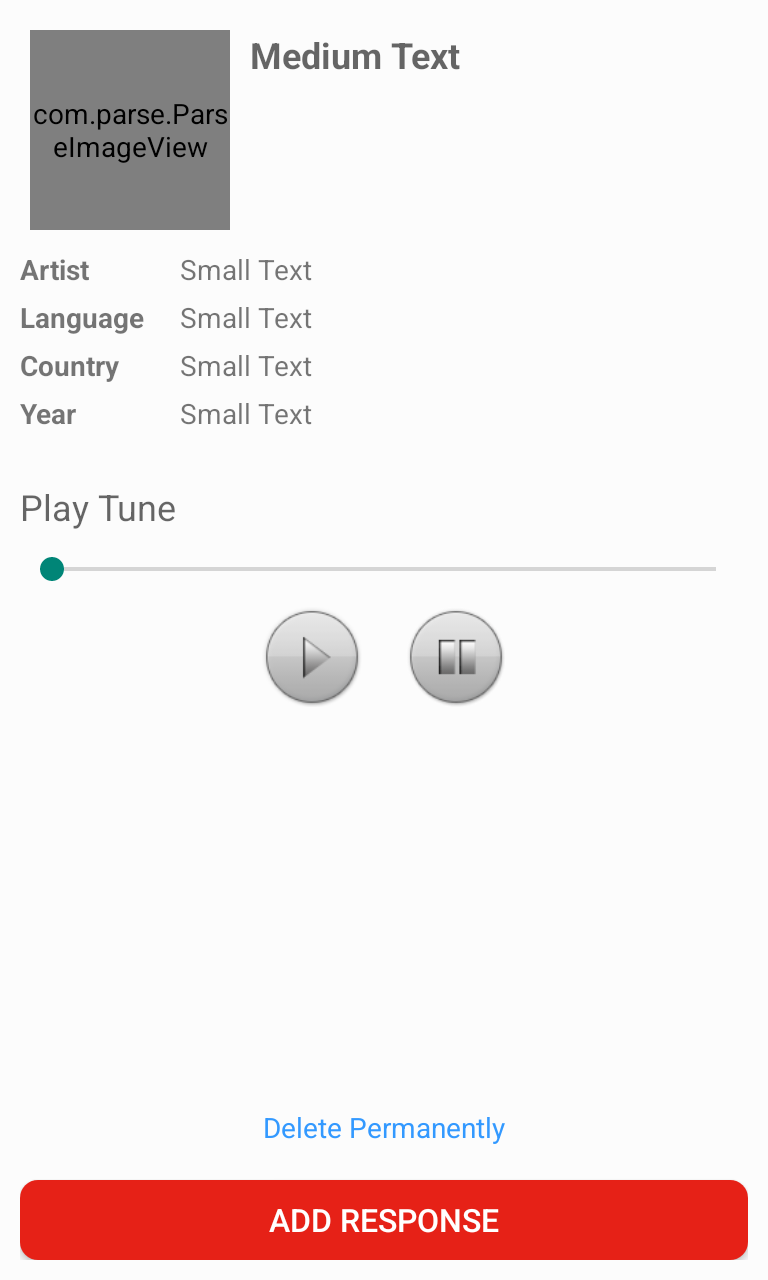
Repository: savindra/cutting-edge
Layout: Humzearch/res/layout/view_tune_item.xml
The author's editor kept a copy of each file at every save. The layout is drawn from the files as they stood at one save, then again after the next save.
Pictures or frames that could not be fetched are drawn as grey boxes. It is drawn on a 768 x 1280 px phone screen (xhdpi) without system bars, with theme AppTheme.BackButton; the app's code is not run.

Above is the layout before, as saved 2015-06-15 16:21:33.

After the next save:
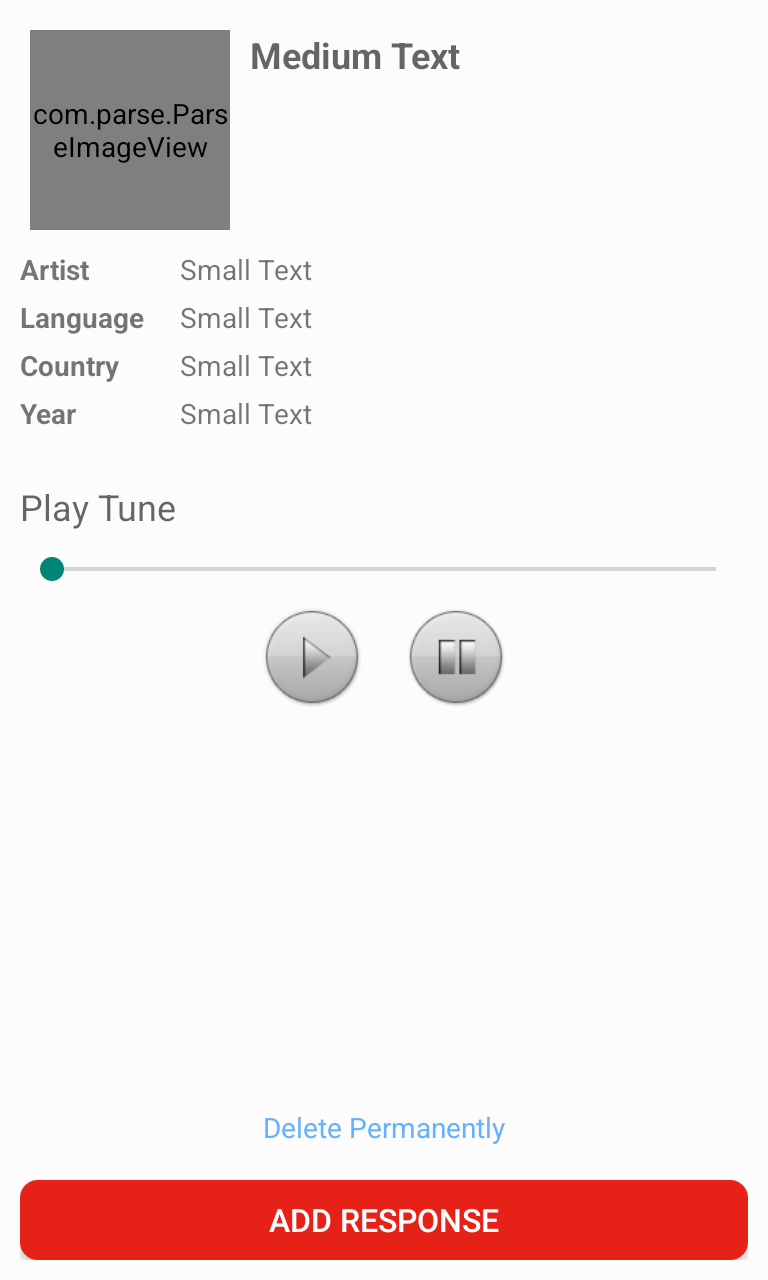
Saved 30 s later.
--- a/Humzearch/res/layout/view_tune_item.xml
+++ b/Humzearch/res/layout/view_tune_item.xml
@@ -195,7 +195,7 @@
             android:layout_marginBottom="17dp"
             android:text="@string/deletepermanently"
             android:textAppearance="?android:attr/textAppearanceSmall"
-            android:textColor="#3399FF" />
+            android:textColor="#66B2FF" />
 
         <Button
             android:id="@+id/btnViewTuneResponse"
